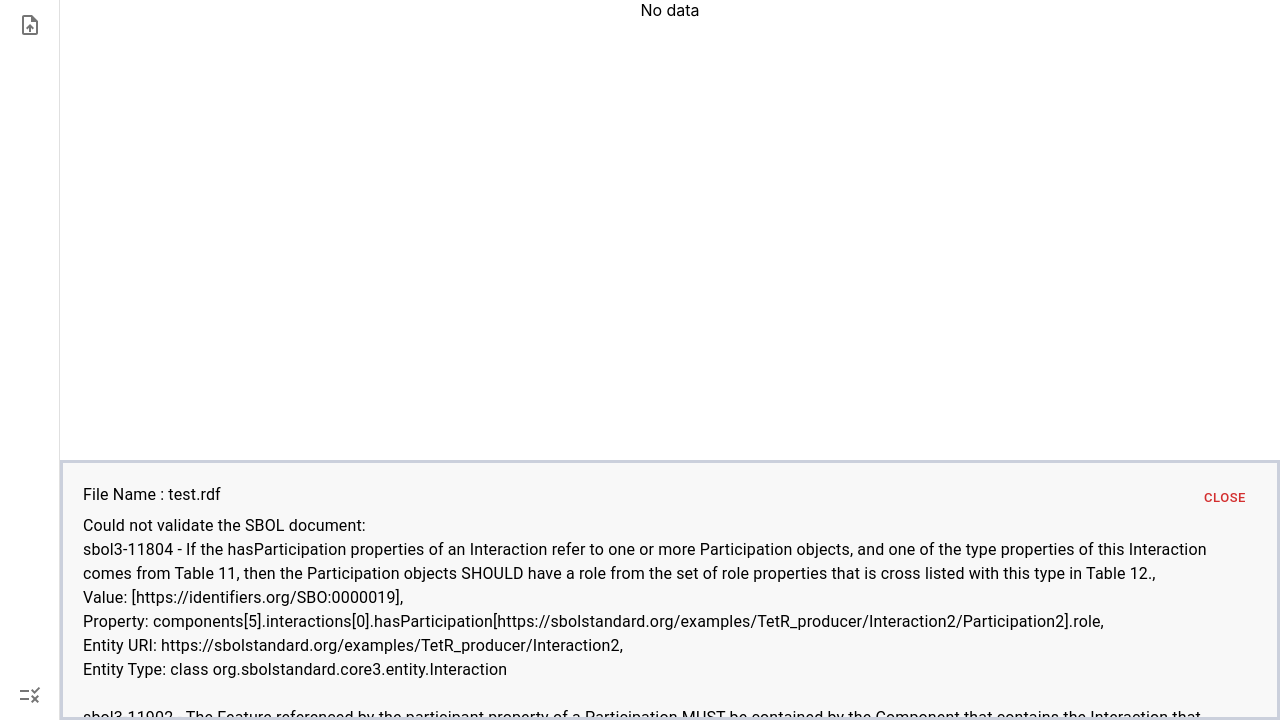
Repository: imark00/sbolInsight_frontend
Page: /, after clicking the first element matching `div.MuiPaper-root > :nth-child(2)`
These files come from the project's save history. The page is drawn as it stood at one moment and after the next save; the edit follows.
The browser window is 1280 px wide. The pictures show the whole page.
The project was rebuilt for these pictures with package versions that can differ from the ones it lists, and the page was loaded fresh each time. Also part of the build but not shown: src/App.css.

Above is the page before, as saved 2024-08-19 12:38:10.

### src/App.js
import './App.css';
import SBOLInsightPage from './sbolInsight';

function App() {
  return (
    <SBOLInsightPage />
  );
}

export default App;

### src/sbolInsight.js
import React, { useState } from "react";
import { Drawer, Box, IconButton, Typography, Modal, Button, Divider } from "@mui/material";
import UploadFileIcon from '@mui/icons-material/UploadFile';
import RuleOutlinedIcon from '@mui/icons-material/RuleOutlined';
import { useDropzone } from 'react-dropzone'
import { List, ListItem, ListItemIcon, ListItemText } from '@mui/material';
import InsertDriveFileOutlinedIcon from '@mui/icons-material/InsertDriveFileOutlined';
import axios from "axios";


const drawerWidth = "60px"

// function timeout(delay) {
//     return new Promise(res => setTimeout(res, delay));
// }

const SBOLInsightPage = () => {

    const [openVModal, setOpenVModal] = useState(false);
    const openValidationModal = () => setOpenVModal(true);
    const closeValidationModal = () => setOpenVModal(false);

    const [testData, setTestData] = useState('');

    const [open, setOpen] = useState(false);
    const openUploadFileModal = () => setOpen(true);
    const closeUploadFileModal = () => setOpen(false);

    const { acceptedFiles, getRootProps, getInputProps } = useDropzone({
        maxFiles: 1, accept: {
            'application/rdf+xml': ['.rdf'],
            'text/turtle': ['.ttl'],
        }
    });
    const files = acceptedFiles.map(file => (
        <ListItem
            key={file.path}
        >
            <ListItemIcon>
                <InsertDriveFileOutlinedIcon />
            </ListItemIcon>
            <ListItemText primary={file.path} />
        </ListItem>
    ));

    // const [uploadProgress, setUploadProgress] = useState(0);

    const message = "Could not validate the SBOL document:\r\nsbol3-11804 - If the hasParticipation properties of an Interaction refer to one or more Participation objects, and one of the type properties of this Interaction comes from Table 11, then the Participation objects SHOULD have a role from the set of role properties that is cross listed with this type in Table 12.,\r\n\tValue: [https://identifiers.org/SBO:0000019],\r\n\tProperty: components[5].interactions[0].hasParticipation[https://sbolstandard.org/examples/TetR_producer/Interaction2/Participation2].role,\r\n\tEntity URI: https://sbolstandard.org/examples/TetR_producer/Interaction2,\r\n\tEntity Type: class org.sbolstandard.core3.entity.Interaction\r\n\r\nsbol3-11902 - The Feature referenced by the participant property of a Participation MUST be contained by the Component that contains the Interaction that contains the Participation.,\r\n\tChild Entity URI: https://sbolstandard.org/examples/TetR_producer/SubComponent9,\r\n\tChild Entity Type: class org.sbolstandard.core3.entity.SubComponent,\r\n\tProperty: components[16].hasInteraction[https://sbolstandard.org/examples/LacI_producer/Interaction4].hasParticipation[https://sbolstandard.org/examples/LacI_producer/Interaction4/Participation3].participant,\r\n\tEntity URI: https://sbolstandard.org/examples/LacI_producer,\r\n\tEntity Type: class org.sbolstandard.core3.entity.Component\r\n\r\nsbol3-11804 - If the hasParticipation properties of an Interaction refer to one or more Participation objects, and one of the type properties of this Interaction comes from Table 11, then the Participation objects SHOULD have a role from the set of role properties that is cross listed with this type in Table 12.,\r\n\tValue: [https://identifiers.org/SBO:0000019],\r\n\tProperty: components[16].interactions[0].hasParticipation[https://sbolstandard.org/examples/LacI_producer/Interaction3/Participation2].role,\r\n\tEntity URI: https://sbolstandard.org/examples/LacI_producer/Interaction3,\r\n\tEntity Type: class org.sbolstandard.core3.entity.Interaction"


    const testAPI = async () => {
        try {
            let response = await fetch("http://localhost:8080/api/test")
            if (response.status === 200) {
                let data = await response.json()
                setTestData(data)
            }
        } catch (error) {
            console.error('Error:', error)
        }
    }
    // useEffect(() => { testAPI() }, [])

    const getGraphData = async () => {
        try {
            const url = "http://localhost:8080/api/graph-data"
            const formData = new FormData();
            formData.append('file', acceptedFiles[0]);
            const config = {
                headers: {
                    'content-type': 'multipart/form-data',
                },
                // onUploadProgress: function (progressEvent) {
                //     const percentCompleted = Math.round((progressEvent.loaded * 100) / progressEvent.total);
                //     setUploadProgress(percentCompleted);
                // }
            }
            let response = await axios.post(url, formData, config)
            console.log(response)
        } catch (error) {
            console.error('Error:', error)
        }
    }


    function showValiationModal() {
        openVModal ? closeValidationModal() : openValidationModal()
    }

    function submitFile(event) {
        event.preventDefault()
        closeUploadFileModal()
        getGraphData()
    }


    return (
        <Box
            sx={{ display: 'flex' }}
        >
            {/* Drawer */}
            <Drawer
                sx={{
                    width: drawerWidth,
                    flexShrink: 0,
                    '& .MuiDrawer-paper': {
                        width: drawerWidth,
                        boxSizing: 'border-box',
                        padding: '5px',
                        display: 'flex',
                        flexDirection: 'column',
                        justifyContent: 'space-between',
                    },
                }}
                variant="permanent"
                anchor="left"
            >
                <IconButton
                    onClick={openUploadFileModal}
                >
                    <UploadFileIcon />
                </IconButton>

                <IconButton
                    onClick={showValiationModal}
                >
                    <RuleOutlinedIcon />
                </IconButton>
            </Drawer>

            {/* Main content */}
            <Box sx={{
                display: 'flex',
                flexDirection: 'column',
                height: '100vh',
                width: '100vw',
                overflow: 'auto'
            }}>

                <Box
                    sx={{
                        flex: '1',
                        background: 'white',
                        display: 'flex',
                        justifyContent: 'center',
                    }}
                >
                    {testData ?
                        <Box>
                            <p> {testData.status}</p>
                            <p> {testData.app}</p>
                            <p> {testData.message}</p>
                        </Box>
                        : <Box>
                            No data
                        </Box>
                    }
                </Box>

                {/* Validation results view */}
                {openVModal ?
                    <Box
                        sx={{
                            height: '260px',
                            background: '#F8F8F8',
                            border: '3px solid #CBD0DC',
                            overflow: 'auto',
                            boxSizing: "border-box",
                            padding: '20px',
                        }}
                    >
                        <Box
                            sx={{
                                display: 'flex',
                                flexDirection: 'row',
                                justifyContent: 'space-between',
                            }}
                        >
                            <Typography>
                                File Name : test.rdf
                            </Typography>

                            <Button
                                variant="text"
                                size="small"
                                color="error"
                                onClick={showValiationModal}
                                sx={{ letterSpacing: "0.04em" }}
                            >
                                Close
                            </Button>
                        </Box>

                        <Typography sx={{ whiteSpace: "pre-line" }}>
                            {message}
                        </Typography>
                    </Box>
                    : null
                }

            </Box>


            {/* // Upload file modal */}
            <Modal
                open={open}
                onClose={closeUploadFileModal}
                aria-labelledby="modal-modal-title"
                aria-describedby="modal-modal-description"
                slotProps={{
                    backdrop: {
                        style: {
                            backgroundColor: 'transparent',
                            boxShadow: 'none'
                        }
                    }
                }}

            >
                <Box
                    sx={{
                        position: "absolute",
                        top: "50%",
                        left: "50%",
                        transform: "translate(-50%, -50%)",
                        width: "475px",
                        bgcolor: "background.paper",
                        boxShadow: 24,
                        borderRadius: "23px",
                    }}
                >
                    <Box
                        sx={{
                            display: 'flex',
                            flexDirection: 'row',
                            justifyContent: 'space-between',
                            paddingLeft: '11px',
                            paddingRight: '7px',
                            paddingTop: '7px',
                            paddingBottom: '2px',
                        }}
                    >
                        <Typography
                            fontSize={"19px"}
                            letterSpacing={"0.02em"}
                        >
                            Upload SBOL File
                        </Typography>

                        <Button
                            variant="text"
                            size="small"
                            color="error"
                            onClick={closeUploadFileModal}
                            sx={{ letterSpacing: "0.04em" }}
                        >
                            Close
                        </Button>
                    </Box>
                    <Divider
                        sx={{
                            borderBottomWidth: '2px',
                            borderColor: "#CBD0DC"
                        }}
                    />

                    <Box
                        sx={{
                            paddingTop: "45px",
                            paddingLeft: "25px",
                            paddingRight: "25px",
                            paddingBottom: "16px",
                            textAlign: "center",
                        }}
                    >
                        <Box
                            sx={{
                                border: "2px dashed #CBD0DC",
                                borderRadius: "14px",
                                height: "100px",
                                marginBottom: "20px",
                                width: "100%",
                                flexDirection: 'column',
                                justifyContent: 'center',
                                display: 'flex',
                            }}
                            {...getRootProps({ className: 'dropzone' })}
                        >
                            <input {...getInputProps()} />
                            <Box >
                                <Typography
                                    color={"#292D32"}
                                    fontSize={"15px"}
                                    letterSpacing={"0.04em"}
                                >
                                    Choose a file or drap and drop it here
                                </Typography>

                                <Typography
                                    color={"#A9ACB4"}
                                    fontSize={"12px"}
                                    letterSpacing={"0.04em"}
                                >
                                    RDF/XML, Turtle, N-Triples, and JSON-LD formats, up to 25MB
                                </Typography>
                            </Box>
                        </Box>

                        {/* <progress value={uploadProgress} max="100"></progress> */}

                        <List>{files}</List>

                        <Button
                            variant="contained"
                            sx={{
                                borderRadius: "11px",
                                width: "168px",
                                backgroundColor: "#084BCF",
                            }}
                            disabled={files.length === 0}
                            onClick={submitFile}
                        >
                            Submit
                        </Button>
                    </Box>



                </Box>
            </Modal>
        </Box>
    );
}

export default SBOLInsightPage;

Loaded but not shown: public/index.html (common file); src/index.js (common file); src/index.css (common file); src/reportWebVitals.js (common file)

After the next save:
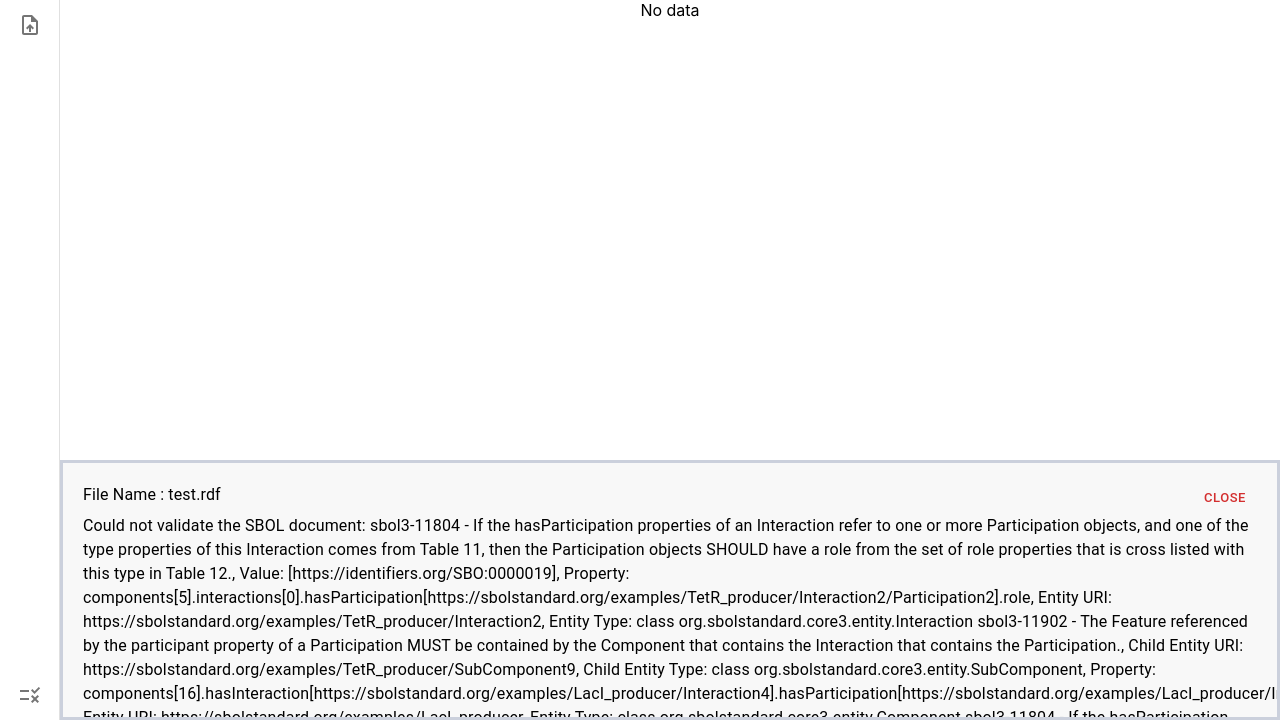
Saved 63 s later.
--- a/src/sbolInsight.js
+++ b/src/sbolInsight.js
@@ -191,7 +191,7 @@ const SBOLInsightPage = () => {
                             </Button>
                         </Box>
 
-                        <Typography sx={{ whiteSpace: "pre-line" }}>
+                        <Typography sx={{ whiteSpace: "normal" }}>
                             {message}
                         </Typography>
                     </Box>
